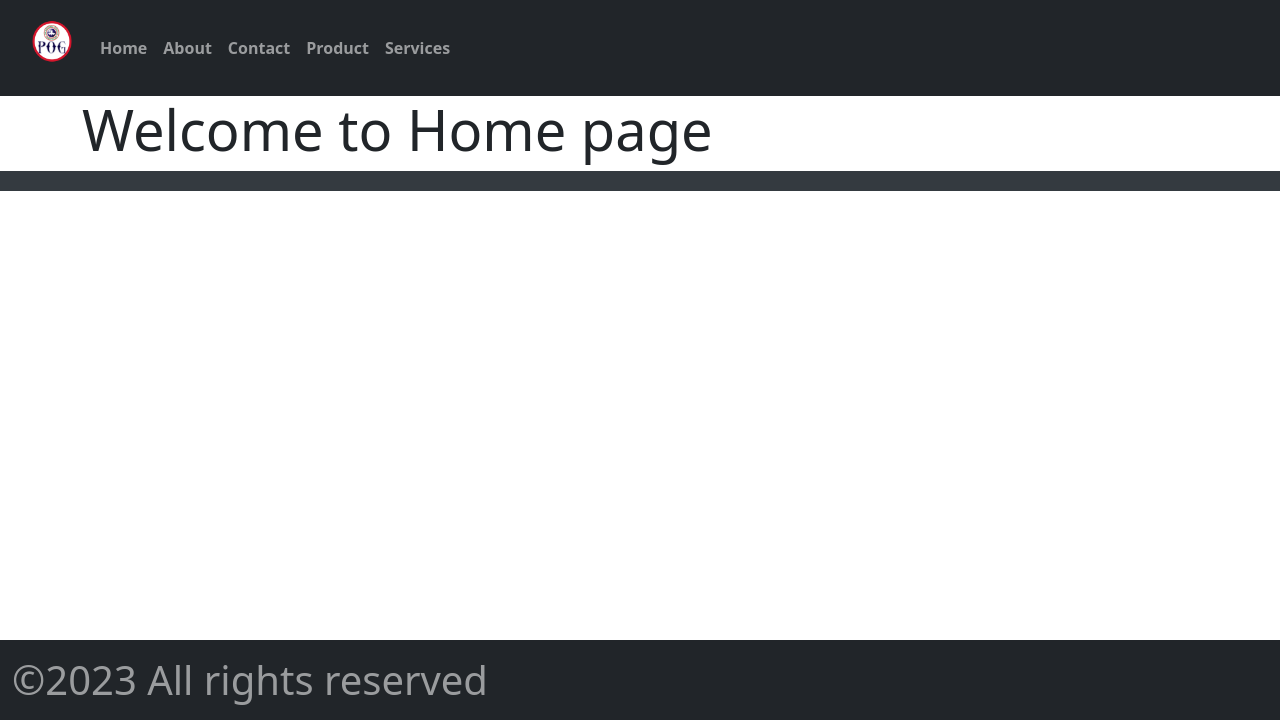
Repository: VuNhatDinhLe/test
Page: http://localhost/
The author's editor kept a copy of each file at every save. The page is drawn from the files as they stood at one save, then again after a run of saves.
The browser window is 1280 px wide. The pictures show the whole page.
Some icons come from a web library that is not loaded, so they are not drawn. The page is served by the project's Node server (server.js).

Above is the page before, as saved 2023-05-24 23:32:39.

After the next 3 saves:
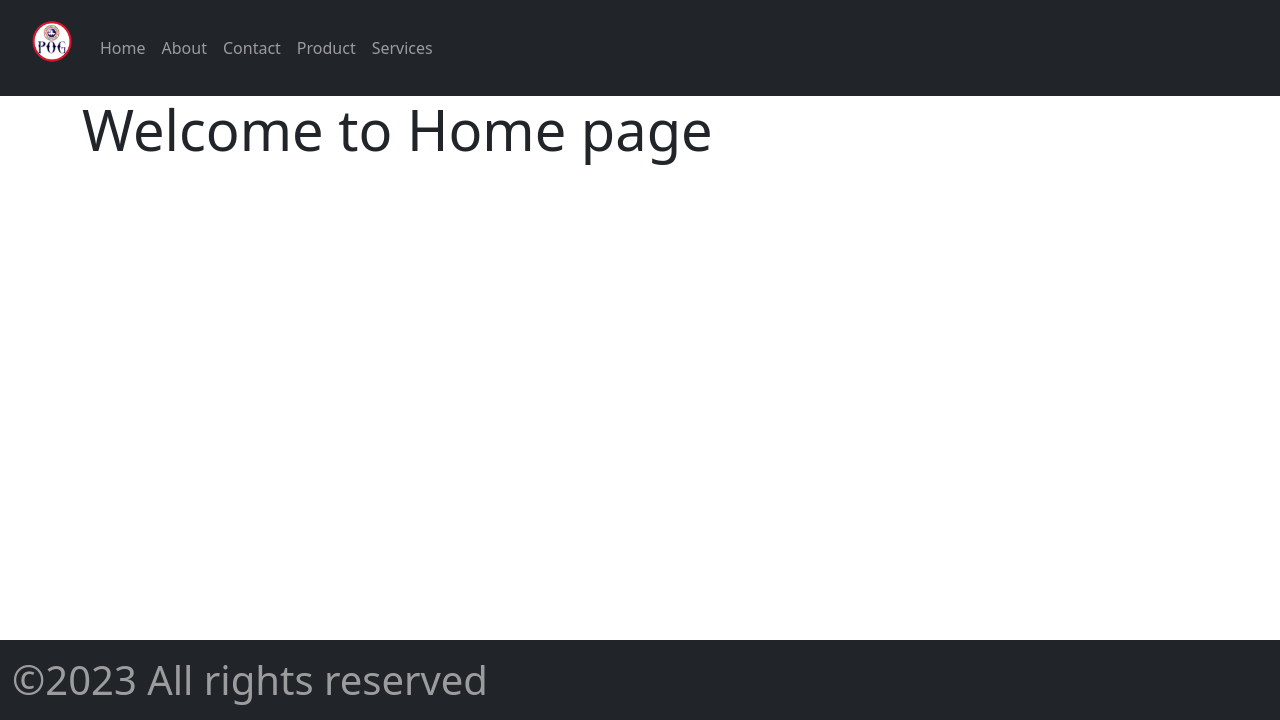
The 3 saves are shown as one change because they came seconds apart.
The last was saved 8 min 44 s later.
--- a/WEEK3DEMO/app/views/partials/main_nav.ejs
+++ b/WEEK3DEMO/app/views/partials/main_nav.ejs
@@ -10,7 +10,7 @@
     <img src="/img/logo.png" alt="logo" style: width="80px"; height="80px">
     <div class="collapse navbar-collapse" id="navbarSupportedContent">
 
-      <b>
+      <!--<b>-->
         <ul class="navbar-nav ml-auto">
 
           <% if (title=="Home"){ %>
